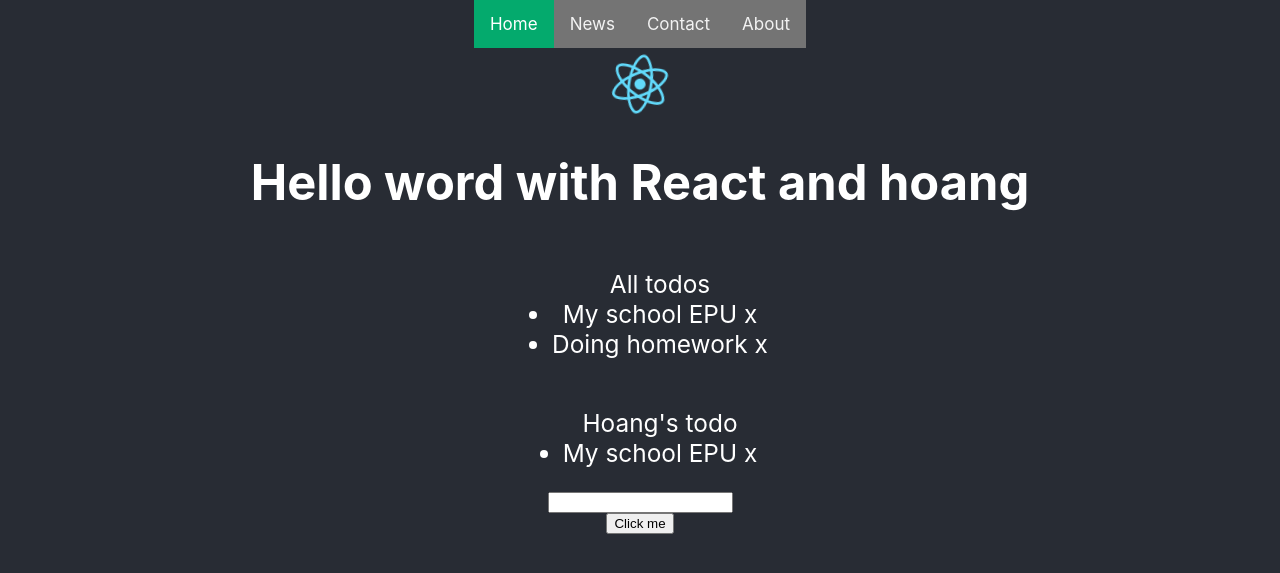
Repository: hoang0508/ReactJsHookBasic
Page: /
An editor plug-in stored every save of this project. The page is shown before and after the next save, followed by the edit.
The browser window is 1280 px wide. The pictures show the whole page.
The project was rebuilt for these pictures with package versions that can differ from the ones it lists, and the page was loaded fresh each time.

Above is the page before, as saved 2021-11-10 21:47:38.

After the next save:
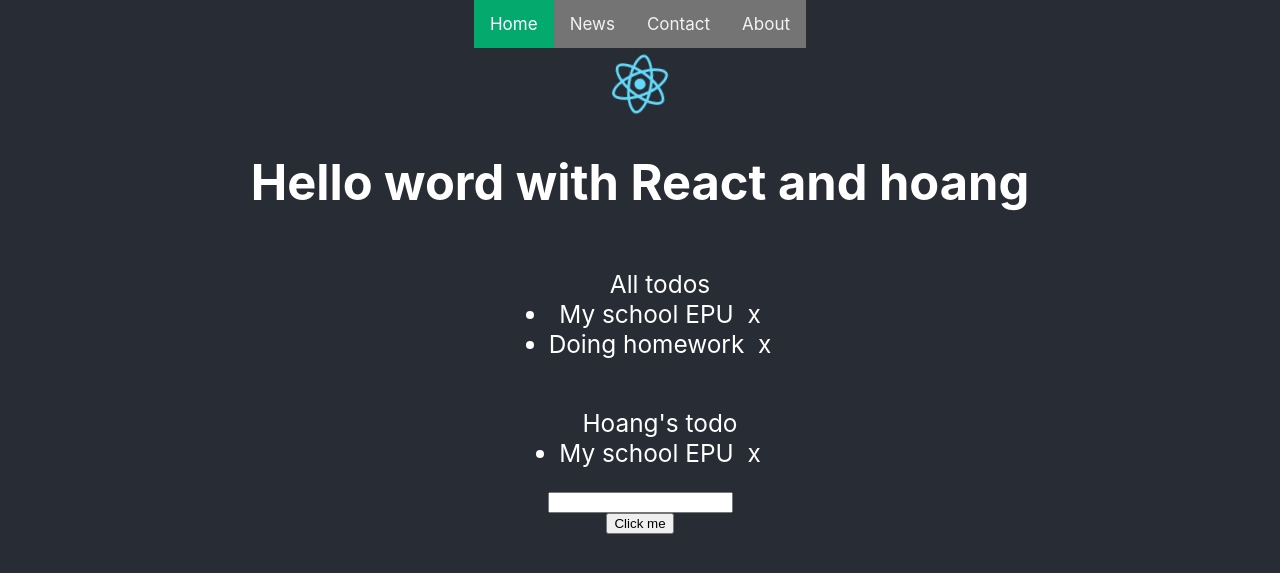
Saved 2 min 13 s later.
--- a/src/views/Todo.js
+++ b/src/views/Todo.js
@@ -14,7 +14,8 @@
         return (
           <div key={todo.id}>
             <li className="todo-child">
-              {todo.title} <span onClick={() => handleDelete(todo.id)}>x</span>
+              {todo.title} &nbsp;
+              <span onClick={() => handleDelete(todo.id)}>x</span>
             </li>
           </div>
         );
